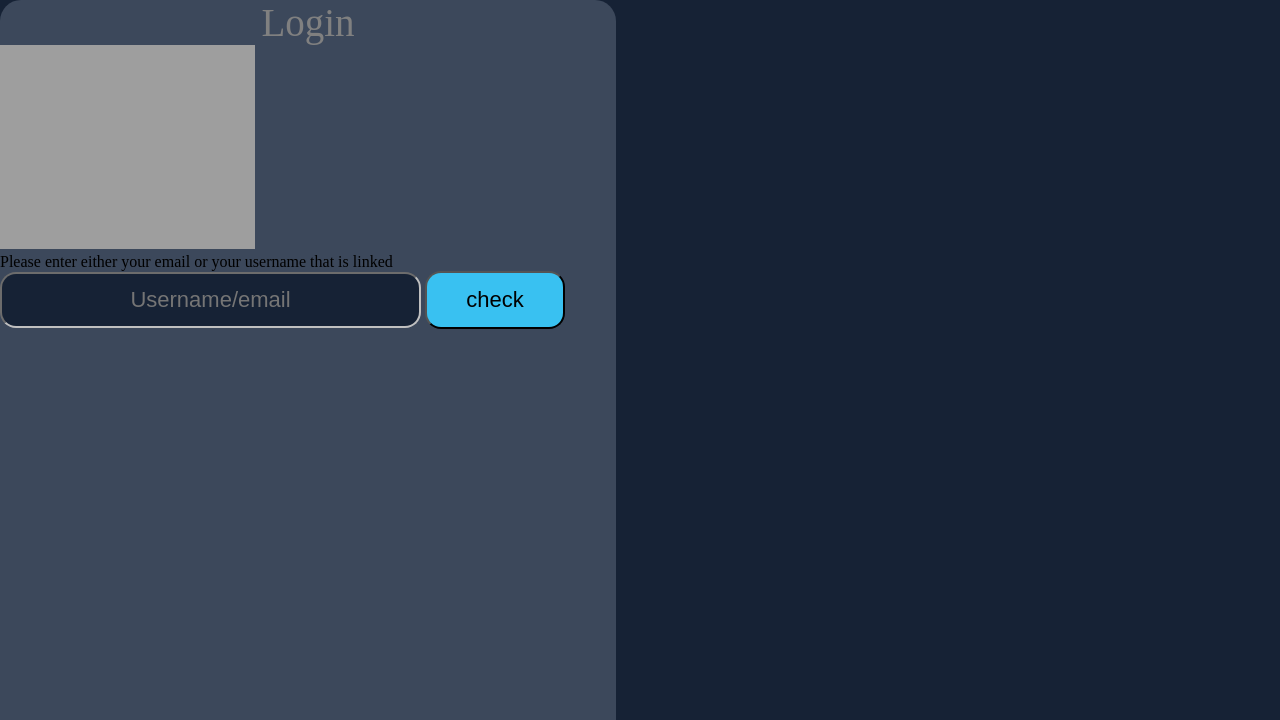
Repository: leystra019/nea
Page: html/passwordcheck.html
These files come from the project's save history. The page is drawn as it stood at one moment and after the next save; the edit follows.
The browser window is 1280 px wide. The pictures show the whole page.
Pictures or frames that could not be fetched are drawn as grey boxes.

Above is the page before, as saved 2022-12-03 21:02:07.

After the next save:
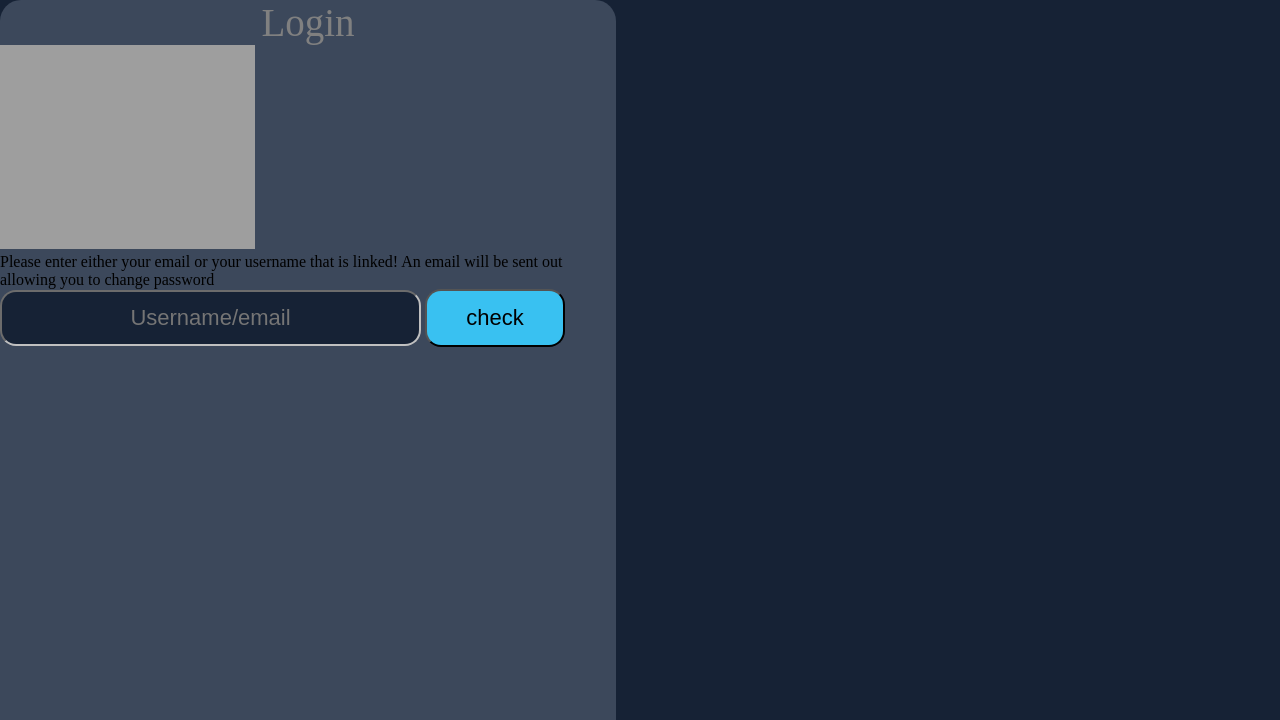
Saved 61 s later.
--- a/html/passwordcheck.html
+++ b/html/passwordcheck.html
@@ -12,7 +12,7 @@
         <div class="ln-card">
             <div class="title">Login</div>
             <img src="images/profile.png" class="profile-img">
-            <header>Please enter either your email or your username that is linked</header>
+            <header>Please enter either your email or your username that is linked! An email will be sent out allowing you to change password</header>
             <form action="/neatest/php/main php/authlogin.php" method="post">
                 <input type="username" name="username" id="username" class="logbox" placeholder="Username/email">
                 <input type="submit" value="check" class="submbtn" id="button">
